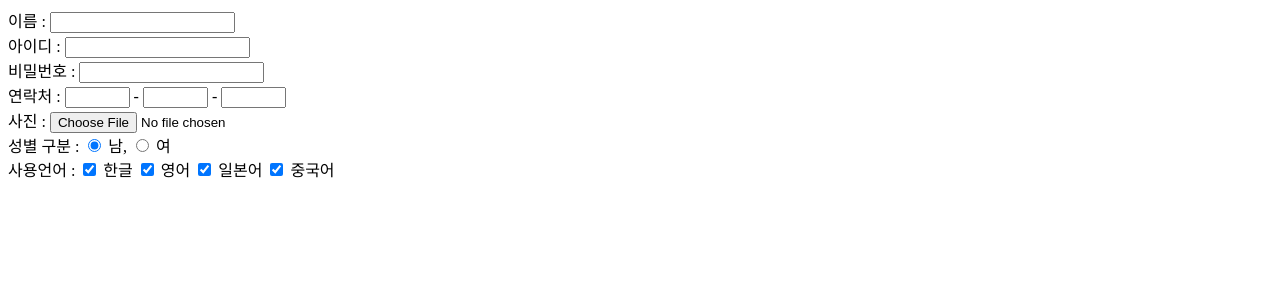
Repository: tjdwlsaos22/TJ_JSP
Page: jsp/HTML/src/main/webapp/Lec06.html
These files come from the project's save history. The page is drawn as it stood at one moment and after the next save; the edit follows.
The browser window is 1280 px wide. The pictures show the whole page.

Above is the page before, as saved 2024-01-17 04:56:40.

After the next save:
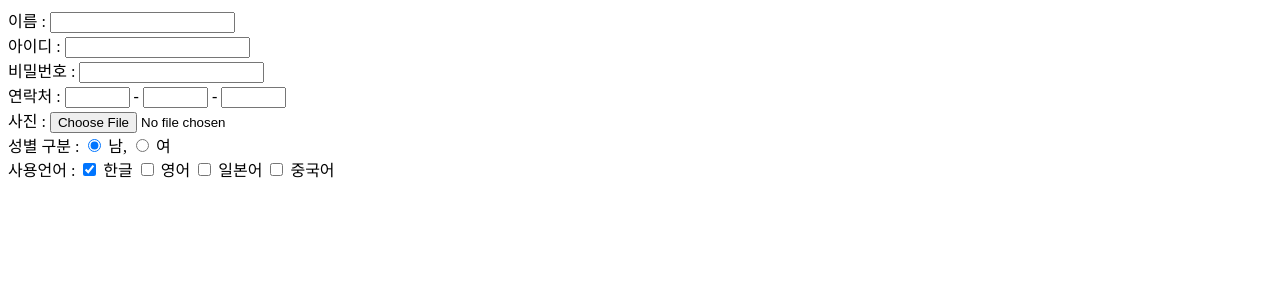
Saved 28 s later.
--- a/jsp/HTML/src/main/webapp/Lec06.html
+++ b/jsp/HTML/src/main/webapp/Lec06.html
@@ -19,9 +19,9 @@
 				<input type="radio" name="gender" value="woman"> 여 <br>
 			사용언어 :
 				<input type="checkbox" name="lang" value="kor" checked="checked"> 한글
-				<input type="checkbox" name="lang" value="eng" checked="checked"> 영어
-				<input type="checkbox" name="lang" value="jpn" checked="checked"> 일본어
-				<input type="checkbox" name="lang" value="chn" checked="checked"> 중국어 <br>
+				<input type="checkbox" name="lang" value="eng"> 영어
+				<input type="checkbox" name="lang" value="jpn" > 일본어
+				<input type="checkbox" name="lang" value="chn" > 중국어 <br>
 		</form>
 	</body>
 </html>
